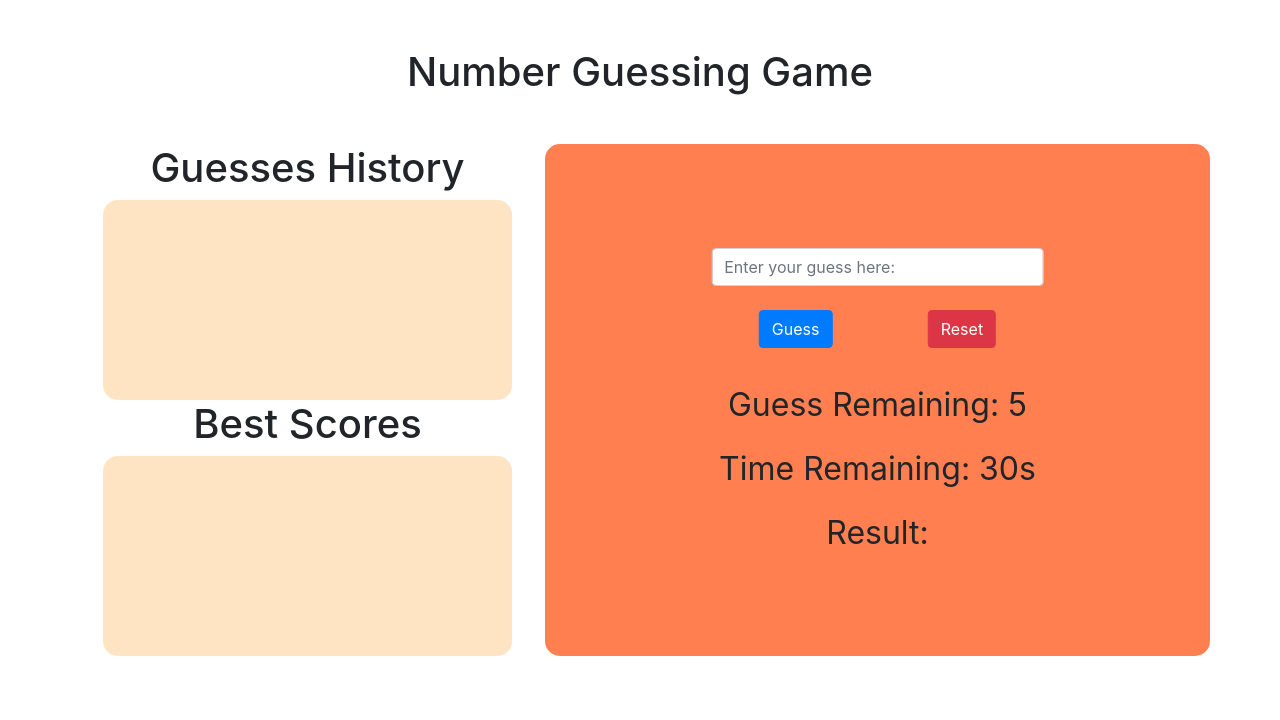
Repository: tts2610/NumberGuessingGame
Page: index.html
An editor plug-in stored every save of this project. The page is shown before and after the next save, followed by the edit.
The browser window is 1280 px wide. The pictures show the whole page.

Above is the page before, as saved 2020-05-13 12:34:18.

After the next save:
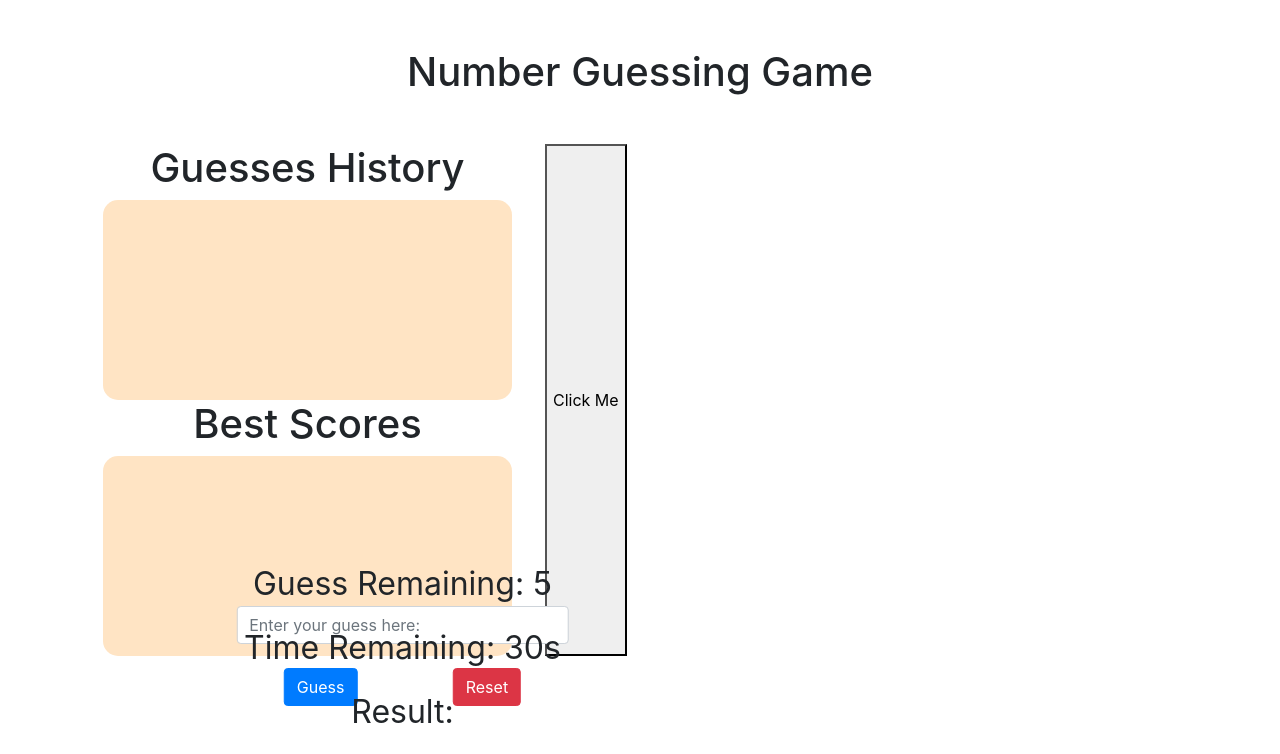
Saved 10 min 11 s later.
--- a/index.html
+++ b/index.html
@@ -30,7 +30,7 @@
                 <h1 style="text-align: center;">Best Scores</h1>
                 <div class="row box-2"></div>
             </div>
-
+            <button onclick="myFunction()">Click Me</button>
             <div class="col-7 right_handSide px-5">
                 <div class="customForm py-5">
                     <input type="number" class="form-control" id="guess" placeholder="Enter your guess here:">
